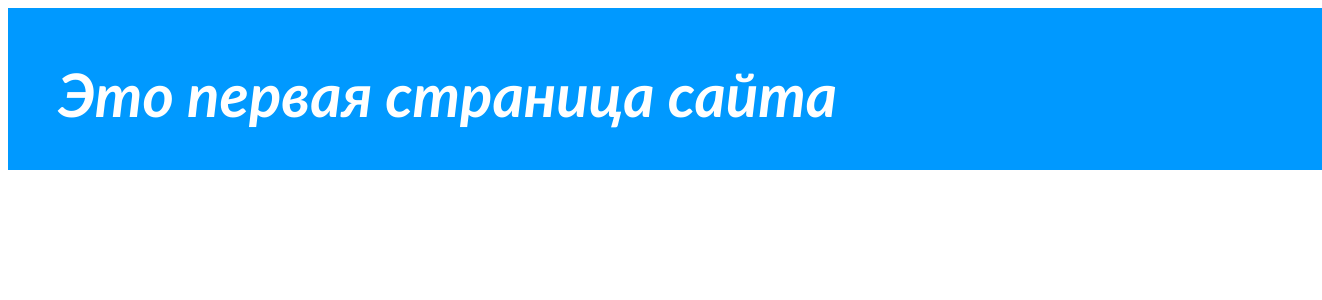
Repository: vazart-dude/EmotionMap
Page: основа.html
An editor plug-in stored every save of this project. The page is shown before and after a run of saves, followed by the edit.
The browser window is 1280 px wide. The page is 1322 px wide, so the pictures cover 1322 px, including what lies to the right of the window. The pictures show the whole page.

Above is the page before, as saved 2025-04-28 21:36:13.

After the next 4 saves:
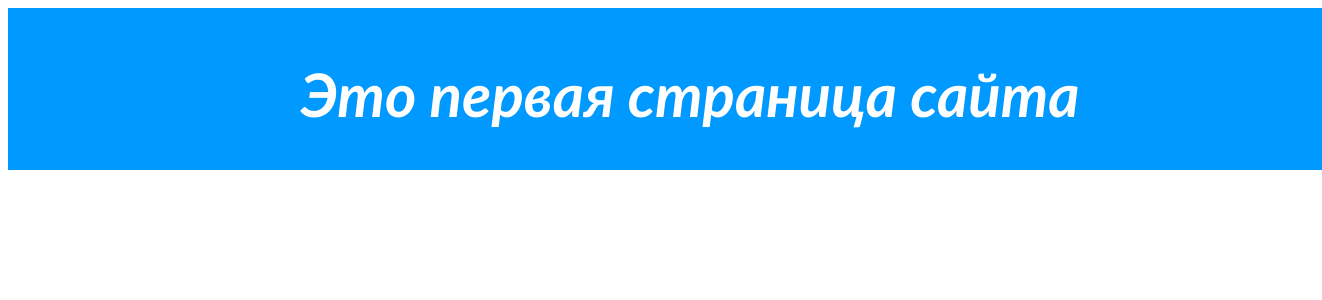
The 4 saves are shown as one change because they came seconds apart.
The last was saved 54 s later.
--- a/static/css.css
+++ b/static/css.css
@@ -10,6 +10,5 @@ header{
     font-weight:bold;
     border-bottom:2px solid white;
     font-style:italic;
-    text-align:left;
-
+    text-align:center;
 }
